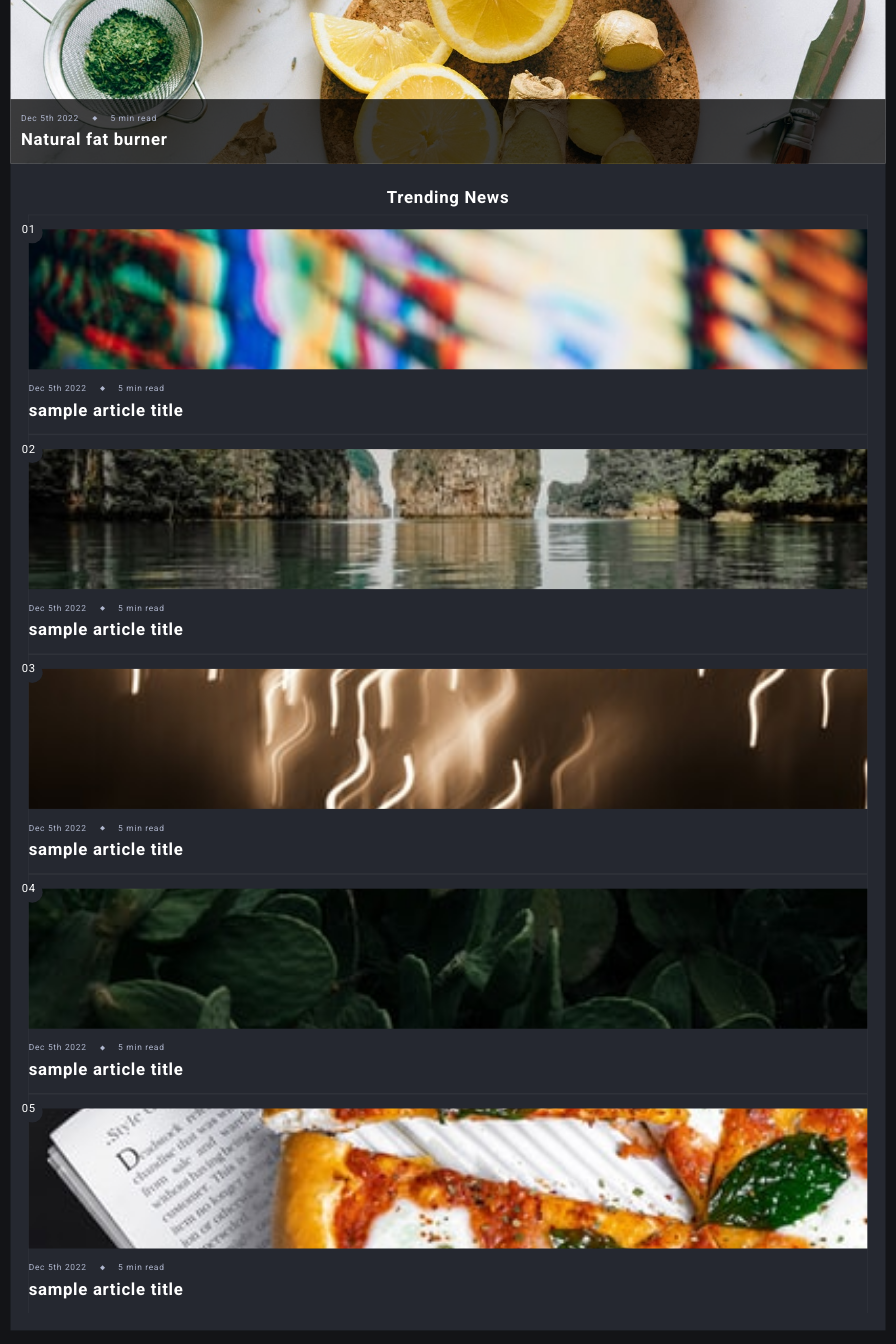
Repository: Junichi-Machii/news-blog-test
Page: index.html
An editor plug-in stored every save of this project. The page is shown before and after a run of saves, followed by the edit.
The browser window is 1280 px wide. The pictures show the part of the page from y = 852 to 2772 px (the page is 2772 px tall before and 2727 px after), at 70% of full size.
The style sheet was rebuilt from its Sass, Less or Tailwind sources for each picture, by a compiler version that may differ from the author's.

Above is the page before, as saved 2023-05-12 11:22:50.

### index.html
<html lang="ja">
  <head>
    <meta charset="UTF-8" />
    <meta http-equiv="X-UA-Compatible" content="IE=edge" />
    <meta name="viewport" content="width=device-width, initial-scale=1.0" />
    <title>NewsFlash | Home</title>
    <!-- Favicon -->
    <link
      rel="icon"
      type="image/png"
      sizes="32x32"
      href="./assets/images/favicon.png"
    />
    <!-- Remix icons -->
    <link
      href="https://cdn.jsdelivr.net/npm/remixicon@2.5.0/fonts/remixicon.css"
      rel="stylesheet"
    />
    <!-- Swiper.js styles -->
    <link rel="stylesheet" href="./css/swiper-bundle.min.css" />
    <!-- Custom styles -->
    <link rel="stylesheet" href="./css/style.css" />
  </head>
  <body>
    <!-- Header -->
    <header class="header" id="header">
      <nav class="header__navbar container">
        <a href="./index.html">
          <h2 class="header__logo">News Blog</h2>
        </a>
        <div class="header__menu" id="menu">
          <ul class="list">
            <li class="header__menuItem">
              <a href="#" class="header__menuLink current">Home</a>
            </li>
            <li class="header__menuItem">
              <a href="#" class="header__menuLink">Category</a>
            </li>
            <li class="header__menuItem">
              <a href="#" class="header__menuLink">Reviews</a>
            </li>
            <li class="header__menuItem">
              <a href="#" class="header__menuLink">News</a>
            </li>
            <li class="header__menuItem">
              <a href="#" class="header__menuLink">Membership</a>
            </li>
            <li class="header__menuItem">
              <a href="#" class="header__menuLink">Contact</a>
            </li>
            <li class="header__menuItem screen-lg-hidden">
              <a href="#" class="header__menuLink">Sign In</a>
            </li>
            <li class="header__menuItem screen-lg-hidden">
              <a href="#" class="header__menuLink">Sign Up</a>
            </li>
          </ul>
        </div>

        <div class="list list__right">
          <button class="btn place__items-center" id="theme-toggle-btn">
            <i class="ri-sun-line sun-icon"></i>
            <i class="ri-moon-line moon-icon"></i>
          </button>

          <button class="btn place__items-center" id="search-icon">
            <i class="ri-search-line"></i>
          </button>

          <button
            class="btn place__items-center screen-lg-hidden menu-toggle-icon"
            id="menu-toggle-icon"
          >
            <i class="ri-menu-3-line open-menu-icon"></i>
            <i class="ri-close-line close-menu-icon"></i>
          </button>

          <a href="#" class="list-link screen-sm-hidden">Sign in</a>
          <a
            href="#"
            class="list-link screen-sm-hidden btn sign-up-btn fancy-boder"
          >
            <span>Sign in</span>
          </a>
        </div>
      </nav>
    </header>
    <!-- Search -->
    <div class="search-form-container container" id="search-form-container">
      <div class="form-container-inner">
        <form action="" class="form">
          <input
            type="text"
            placeholder="What are looking for?"
            class="form-input"
          />
          <button class="btn form-btn" type="submit">
            <i class="ri-search-line"></i>
          </button>
        </form>
        <span class="form-note">Or press ESC close.</span>
      </div>

      <button class="btn form-close-btn place-items-center" id="form-close-btn">
        <i class="ri-close-line"></i>
      </button>
    </div>
    <!-- Featured articles -->
    <section class="featured-articles section-header-offset">
      <div class="featured-articles-container container d-gird">
        <div class="featured-content d-grid">
          <div class="headline-banner">
            <h3 class="headline fancy-border">
              <span class="place-items-center">Breaking news</span>
            </h3>
            <span class="headline-description"
              >Apple announces a new partnership...</span
            >
          </div>

          <a
            href="./post.html"
            class="article featured-article featured-article-1"
          >
            <img
              src="./assets/images/featured/featured-1.jpg"
              class="article-image"
              alt=""
            />
            <span class="article-category">Technology</span>

            <div class="article-data-container">
              <div class="article-data">
                <span>Dec 5th 2023</span>
                <span class="article-data-spacer"></span>
                <span>8 min read</span>
              </div>
              <h3 class="title article-title">Is VR the future?</h3>
            </div>
          </a>

          <a
            href="./post.html"
            class="article featured-article featured-article-2"
          >
            <img
              src="./assets/images/featured/featured-2.jpg"
              class="article-image"
              alt=""
            />
            <span class="article-category">Technology</span>

            <div class="article-data-container">
              <div class="article-data">
                <span>Dec 6th 2022</span>
                <span class="article-data-spacer"></span>
                <span>4 Min read</span>
              </div>

              <h3 class="title article-title">Fine dining</h3>
            </div>
          </a>

          <a
            href="./post.html"
            class="article featured-article featured-article-3"
          >
            <img
              src="./assets/images/featured/featured-3.jpg"
              class="article-image"
              alt=""
            />
            <span class="article-category">Technology</span>

            <div class="article-data-container">
              <div class="article-data">
                <span>Dec 5th 2022</span>
                <span class="article-data-spacer"></span>
                <span>5 min read</span>
              </div>

              <h3 class="title article-title">Natural fat burner</h3>
            </div>
          </a>
        </div>

        <!-- sidebar -->

        <div class="sidebar d-grid">

            <h3 class="title featured-content-title">Trending News</h3>

            <a href="#" class="trending-news__box">
                <div class="trending-news__image-box">
                    <span class="trending-number place-items-center">01</span>
                    <img src="./assets/images/trending/trending_1.jpg" alt="" class="article-image">
                </div>

                <div class="trending-news__data">
                   <div class="article-data">
                        <span>Dec 5th 2022</span>
                        <span class="article-data-spacer"></span>
                        <span>5 min read</span>
                   </div>

                   <h3 class="title article-title">sample article title</h3>
                </div>
            </a>

            <a href="#" class="trending-news__box">
                <div class="trending-news__image-box">
                    <span class="trending-number place-items-center">02</span>
                    <img src="./assets/images/trending/trending_2.jpg" alt="" class="article-image">
                </div>

                <div class="trending-news__data">
                   <div class="article-data">
                        <span>Dec 5th 2022</span>
                        <span class="article-data-spacer"></span>
                        <span>5 min read</span>
                   </div>

                   <h3 class="title article-title">sample article title</h3>
                </div>
            </a>

            <a href="#" class="trending-news__box">
                <div class="trending-news__image-box">
                    <span class="trending-number place-items-center">03</span>
                    <img src="./assets/images/trending/trending_3.jpg" alt="" class="article-image">
                </div>

                <div class="trending-news__data">
                   <div class="article-data">
                        <span>Dec 5th 2022</span>
                        <span class="article-data-spacer"></span>
                        <span>5 min read</span>
                   </div>

                   <h3 class="title article-title">sample article title</h3>
                </div>
            </a>

            <a href="#" class="trending-news__box">
                <div class="trending-news__image-box">
                    <span class="trending-number place-items-center">04</span>
                    <img src="./assets/images/trending/trending_4.jpg" alt="" class="article-image">
                </div>

                <div class="trending-news__data">
                   <div class="article-data">
                        <span>Dec 5th 2022</span>
                        <span class="article-data-spacer"></span>
                        <span>5 min read</span>
                   </div>

                   <h3 class="title article-title">sample article title</h3>
                </div>
            </a>

            <a href="#" class="trending-news__box">
                <div class="trending-news__image-box">
                    <span class="trending-number place-items-center">05</span>
                    <img src="./assets/images/trending/trending_5.jpg" alt="" class="article-image">
                </div>

                <div class="trending-news__data">
                   <div class="article-data">
                        <span>Dec 5th 2022</span>
                        <span class="article-data-spacer"></span>
                        <span>5 min read</span>
                   </div>

                   <h3 class="title article-title">sample article title</h3>
                </div>
            </a>
        </div>
      </div>
    </section>
    <!-- Quick read -->

    <!-- Older posts -->

    <!-- Popular tags -->

    <!-- Newsletter -->

    <!-- Footer -->

    <!-- Swiper.js -->
    <script src="./js/swiper-bundle.min.js"></script>
    <!-- Custom script -->
    <script src="./js/main.js"></script>
  </body>
</html>

### js/main.js
// Grab elements
const selectElement = (selector) => {
  const element = document.querySelector(selector);
  if(element) return element;
  throw new Error(`Something went wrong! Make sure that ${selector} exists/is typed correctly.`);
};
//Nav styles on scroll
const scrollHeader = () => {
  const headerElement = selectElement('#header');
  if(this.scrollY >= 15) {
    headerElement.classList.add('activated');
  }else {
    headerElement.classList.remove('activated');
  }
};

window.addEventListener('scroll', scrollHeader)
// Open menu & search pop-up
const menuToggleIcon = selectElement('#menu-toggle-icon');

const toggleMenu = () =>{
  const mobileMenu = selectElement('#menu');
  mobileMenu.classList.toggle('activated');
  menuToggleIcon.classList.toggle('activated');
}

menuToggleIcon.addEventListener('click', toggleMenu);
// Open/Close search form popup
const formOpenBtn = selectElement('#search-icon');
const formCloseBtn = selectElement('#form-close-btn');
const searchFormContainer = selectElement('#search-form-container');

formOpenBtn.addEventListener('click', () => searchFormContainer.classList.add('activated'));

formCloseBtn.addEventListener('click', () => searchFormContainer.classList.remove('activated'));

// -- Close the search form popup on ESC keypress
window.addEventListener('keyup', event => {
  if(event.key === 'Escape') searchFormContainer.classList.remove('activated');
});
// Switch theme/add to local storage
const bodyElement = document.body;
const themeToggleBtn = selectElement('#theme-toggle-btn');
const currentTheme = localStorage.getItem('currentTheme');

if(currentTheme){
  bodyElement.classList.add('light-theme');
}

themeToggleBtn.addEventListener('click', () => {
  bodyElement.classList.toggle('light-theme');

  if(bodyElement.classList.contains('light-theme')){
    localStorage.setItem('currentTheme', 'themeActive');
  }else {
    localStorage.removeItem('currentTheme');
  }
});
// Swiper

### style.scss
/* Import font */
@import url("https://fonts.googleapis.com/css2?family=Roboto:ital,wght@0,400;0,700;1,400;1,700&display=swap");

@import url("https://fonts.googleapis.com/css2?family=Poppins:wght@300;400;600;700&display=swap");

/* Custom properties */
:root {
  --light-color: #fff;
  --light-color-alt: #afb6cd;
  --primary-background-color: #131417;
  --secondary-background-color: #252830;
  --hover-light-color: var(--light-color);
  --hover-dark-color: var(--primary-background-color);
  --gradient-color: linear-gradient(
    115deg,
    #4fcf70,
    #fad648,
    #a767e5,
    #12bcfe,
    #44ce7b
  );
  --transparent-light-color: rgba(255, 255, 255, 0.05);
  --transparent-dark-color: rgba(0, 0, 0, 0.75);
  --font-family: "Roboto", sans-serif;
  --font-size-xsm: 1.2rem;
  --font-size-sm: 1.6rem;
  --font-size-md: 2.4rem;
  --font-size-lg: 3rem;
  --font-size-xl: 4rem;
  --gap: 2rem;
  --margin-sm: 2rem;
  --margin-md: 3rem;
  --item-min-height-sm: 20rem;
  --item-min-height-md: 30rem;
}

/* Base styles */
body {
  font-family: var(--font-family);
  font-size: var(--font-size-sm);
  color: var(--light-color-alt);
  background-color: var(--primary-background-color);
  letter-spacing: 1px;
  transition: background-color 0.25s, color 0.25s;
}

a {
  text-decoration: none;
  color: inherit;
}

img {
  max-width: 100%;
  display: block;
}

ul {
  list-style: none;
}

input,
button {
  font: inherit;
  color: inherit;
  border: none;
  background-color: transparent;
  outline: none;
}

i {
  font-size: var(--font-size-md);
}

* {
  margin: 0;
  padding: 0;
  box-sizing: border-box;
}

html {
  // font-size: 10px;
  font-size: 62.5%;
}
/* Theme color change */
body.light-theme {
  --light-color: #3d3d3d;
  --light-color-alt: rgba(0, 0, 0, 0.6);
  --primary-background-color: #fff;
  --hover-light-color: #fff;
  --secondary-background-color: #f1f1f1;
  --transparent-light-color: #252830;
  --transparent-dark-color: rgba(0, 0, 0, 0.1);
}
/* Reusable classes */
.container {
  max-width: 160rem;
  margin: 0 auto;
  padding: 0 1.5rem;
}

.place__items-center {
  display: inline-block;
  align-items: center;
  justify-content: center;
}

.screen-sm-hidden {
  display: none;
}

.btn {
  cursor: pointer;
  &:hover,
  &:hover span {
    color: var(--light-color);
  }
}

.d-grid {
  display: grid;
}

.section {
  padding-block: 5rem;
}

.title {
  color: var(--light-color);
}
/* Header */
.header {
  background-color: var(--secondary-background-color);
  position: fixed;
  top: 0;
  left: 0;
  width: 100%;
  z-index: 999;

  &__navbar {
    display: flex;
    align-items: center;
    justify-content: space-between;
    padding-block: 1.5rem;
  }

  &__logo {
    font-size: var(--font-size-md);
    color: var(--light-color);
  }

  &__menu {
    position: absolute;
    top: 8.5rem;
    right: 1.5rem;
    width: 23rem;
    padding: 1.5rem;
    background-color: var(--secondary-background-color);
    opacity: 0;
    transform: scale(0);
    transition: opacity 0.25s ease-in-out;

    & > .list {
      flex-direction: column;
    }
  }

  &__menuLink {
    &:hover {
      color: var(--light-color);
    }

    &.current {
      color: var(--light-color);
    }
  }
}

.list {
  display: flex;
  align-items: center;
  gap: var(--gap);
}

.close-menu-icon {
  display: none;
}

.moon-icon {
  display: none;
}

.light-theme {
  & .sun-icon {
    display: none;
  }

  & .moon-icon {
    display: block;
  }
}

/* Header JavaScript Styles */
.header.activated {
  box-shadow: 0 1px 0.5rem --transparent-light-color;
}
.header__menu.activated {
  box-shadow: 1px 1px 1rem --transparent-light-color;
  opacity: 1;
  transform: scale(1);
}

.menu-toggle-icon.activated .open-menu-icon {
  display: none;
}

.menu-toggle-icon.activated .close-menu-icon {
  display: block;
}
/* Search */
.search-form-container {
  width: 100%;
  max-width: 100%;
  height: 100vh;
  background-color: var(--primary-background-color);
  position: fixed;
  top: 0;
  left: 0;
  z-index: 9999;
  display: flex;
  opacity: 0;
  transform: scale(0);
  transition: opacity 0.5s;
}

.form-container-inner {
  margin: auto;
  display: flex;
  flex-direction: column;
  gap: var(--gap);
  text-align: center;
}

.form {
  display: flex;
  justify-content: center;
}

.form-input,
.form-btn {
  display: inline-block;
  border: 2px solid var(--secondary-background-color);
  padding: 1.5rem;
}

.form-input {
  border-right: none;
  width: 100%;
}

.form-btn {
  margin-left: -0.5rem;
  border-left: none;
  background-color: var(--secondary-background-color);
  width: 8rem;
}

.form-note {
  font-size: var(--font-size-xsm);
  align-self: flex-end;
}

.form-close-btn {
  position: absolute;
  top: 1.5rem;
  right: 1.5rem;
  border: 2px solid var(--secondary-background-color);
  width: 4rem;
  height: 4rem;
}
/* Form JavaScript styles */
.search-form-container.activated {
  opacity: 1;
  transform: scale(1);
}
/* Featured articles */
.featured-articles {
  padding-block: 2rem;
}

.section-header-offset {
  margin-top: 7.4rem;
}

.featured-articles-container,
.featured-content {
  gap: var(--gap);
}

.headline-banner {
  background-color: var(--secondary-background-color);
  display: flex;
  align-items: center;
  gap: var(--gap);
  font-size: var(--font-size-xsm);
}

.headline {
  color: var(--light-color);
  font-size: 1rem;
  text-transform: uppercase;
  text-align: center;
  padding: 0.4rem;
  height: 100%;

  & span {
    height: inherit;
  }
}

.fancy-border {
  position: relative;
  overflow: hidden;

  &::before {
    content: "";
    position: absolute;
    top: 0;
    left: 0;
    width: 200%;
    height: 100%;
    background: var(--gradient-color);
    background-size: 50% 100%;
    z-index: 5;
  }

  & span {
    position: relative;
    z-index: 10;
    display: inline-flex;
    padding: 0.6rem 1.5rem;
    background-color: var(--secondary-background-color);
  }
}

.article {
  position: relative;
  min-height: var(--item-min-height-md);

  &-image {
    position: absolute;
    width: 100%;
    height: 100%;
    object-fit: cover;
    transition: transform 0.25s;
  }

  &-category {
    position: absolute;
    top: 1rem;
    right: 1rem;
    padding: 1rem;
    font-size: 1rem;
    background-color: var(--primary-background-color);
    color: var(--light-color);
    text-transform: uppercase;
    z-index: 10;
  }

  &-data-container {
    position: absolute;
    bottom: 0;
    left: 0;
    padding: 2rem 1.5rem;
    background-color: var(--transparent-dark-color);
    z-index: 10;
    width: 100%;
    transition: background-color 0.5s;
  }

  &:hover &-data-container {
    background-color: var(--hover-dark-color);
    color: var(--hover-light-color);
  }
  &:hover &-data-spacer {
    background-color: var(--hover-light-color);
  }

  &-data {
    display: flex;
    align-items: center;
    gap: var(--gap);
    font-size: var(--font-size-xsm);
    margin-bottom: 1rem;
  }

  &-data-spacer {
    width: 0.5rem;
    height: 0.5rem;
    background-color: var(--light-color-alt);
    transform: rotate(45deg);
  }

  &-title {
    font-size: var(--font-size-md);
  }
}

/* Featured articles - Sidebar */
.sidebar {
  background-color: var(--secondary-background-color);
  padding: 2.5rem;
}

.trending-news {
  &__box {
    display: flex;
    flex-direction: column;
    gap: var(--gap);
    padding-block: 2rem;
    border: 1px solid var(--transparent-light-color);

    &:last-of-type {
      border-bottom: none;
    }
  }

  &__image-box {
    position: relative;
    width: 100%;
    height: var(--item-min-height-sm);
  }

  &__data .article-title {

  }
}

.featured-content-title {
  font-size: var(--font-size-md);
  text-align: center;
  padding: 1rem;
}

.trending-number {
  position: absolute;
  top: -1rem;
  left: -1rem;
  z-index: 15;
  width: 3rem;
  height: 3rem;
  background-color: var(--secondary-background-color);
  color: var(--light-color);
  border-radius: 50%;
}

.trending-news-data .article-title {
  font-size: var(--font-size-sm);
}


/* Quick read */

/* Quick read - Swiper */

/* Older posts */

/* Popular tags */

/* Newsletter */

/* Footer */

/* Scrollbar styles */

/* Blog post */

/* Media queries */

Loaded but not shown: css/swiper-bundle.min.css (library); js/swiper-bundle.min.js (library)

After the next 3 saves:
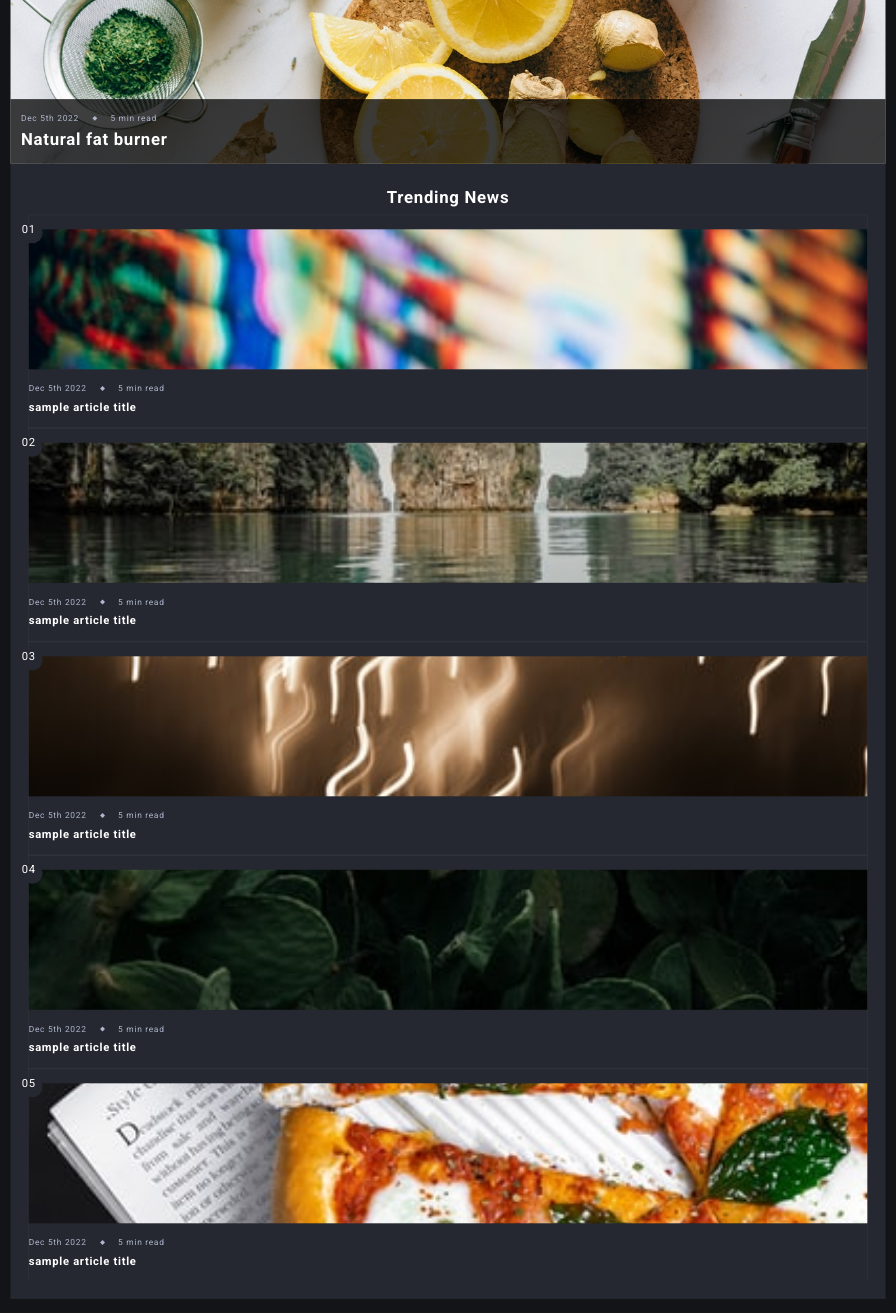
The 3 saves are shown as one change because they came seconds apart.
The last was saved 11 s later.
--- a/style.scss
+++ b/style.scss
@@ -431,7 +431,7 @@ body.light-theme {
   }
 
   &__data .article-title {
-
+    font-size: var(--font-size-sm);
   }
 }
 
@@ -454,7 +454,6 @@ body.light-theme {
 }
 
 .trending-news-data .article-title {
-  font-size: var(--font-size-sm);
 }
 
 
